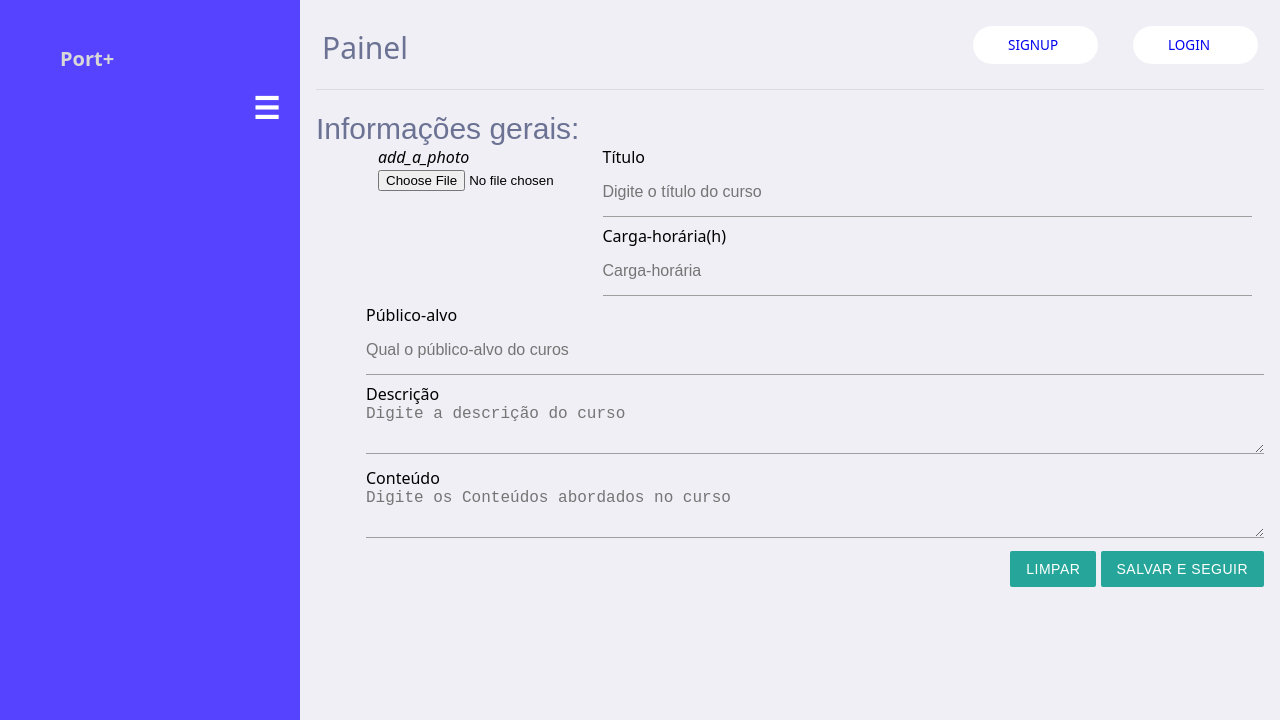
Repository: LauraMViana/Port-plus
Page: http://localhost/portPlus/criarCurso/criarCurso
The author's editor kept a copy of each file at every save. The page is drawn from the files as they stood at one save, then again after the next save.
The browser window is 1280 px wide. The pictures show the whole page.
The page is this project's Thymeleaf template; nobody is signed in. The template is opened directly, without the code that normally fills it, so the values that code supplies are empty.

Above is the page before, as saved 2022-01-02 16:47:06.

After the next save:
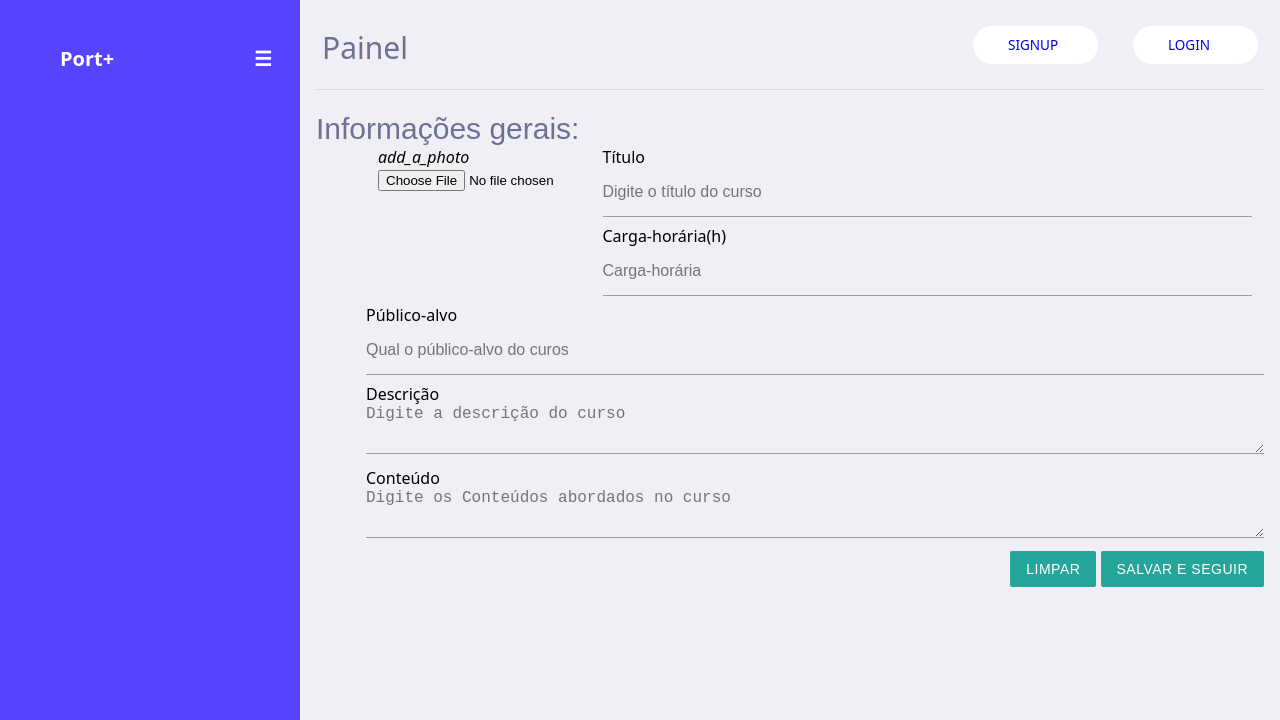
Saved 19 s later.
--- a/port/src/main/resources/templates/menu.html
+++ b/port/src/main/resources/templates/menu.html
@@ -13,9 +13,11 @@
 	<div th:fragment="navside">
 
 		<div id="mySidenav" class="sidenav">
-			<p class="logo"><a href="/">
-				Port+ </a><span class="menu">&#9776;</span>
-			</p>
+			<a href="/">
+				<p class="logo">
+					Port+<span class="menu">&#9776;</span>
+				</p>
+			</a>
 			<p class="logo1">
 				<span class="menu1">&#9776;</span>
 			</p>
